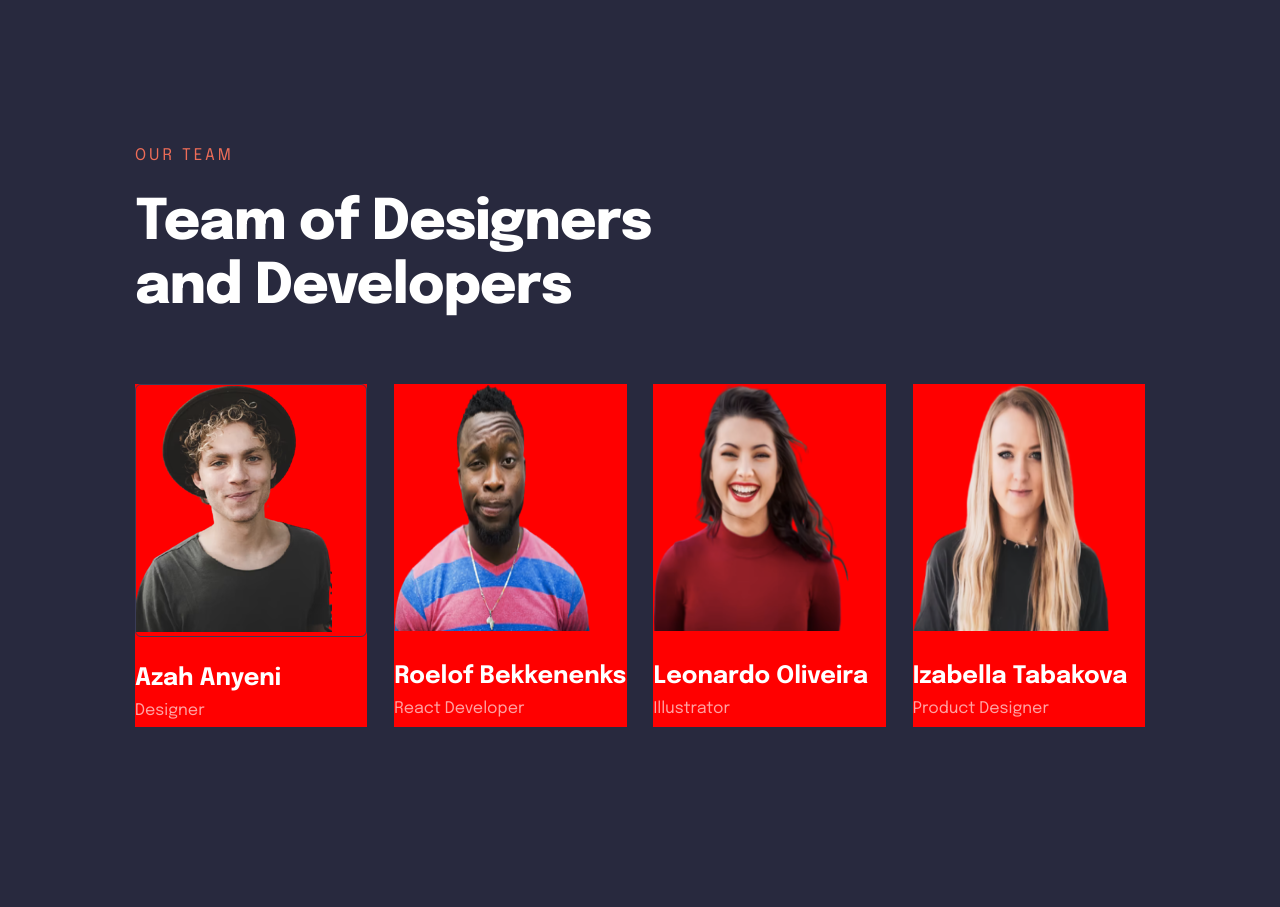
Repository: MehdiKerimov/Figma-task-10
Page: pages/teamPage/index.html
The author's editor kept a copy of each file at every save. The page is drawn from the files as they stood at one save, then again after a run of saves.
The browser window is 1280 px wide. The pictures show the whole page.

Above is the page before, as saved 2023-09-09 15:23:27.

After the next 8 saves:
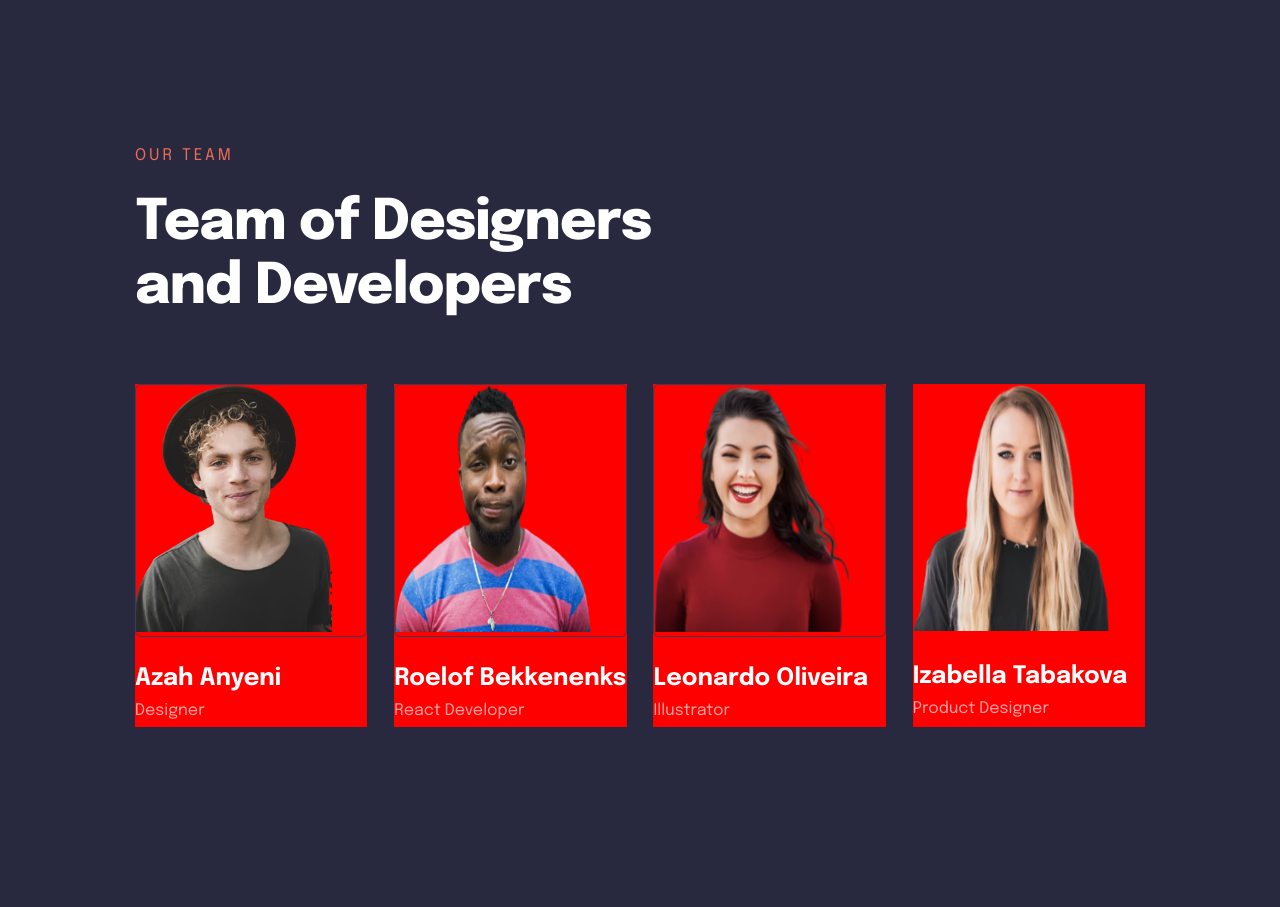
The 8 saves are shown as one change because they came seconds apart.
The last was saved 36 s later.
--- a/pages/teamPage/index.html
+++ b/pages/teamPage/index.html
@@ -22,13 +22,19 @@
         </li>
 
         <li>
-          <img src="/images/Bitmap (3).png" alt="" />
+          <div>
+            <img src="/images/Bitmap (3).png" alt="" />
+
+          </div>
           <p>Roelof Bekkenenks</p>
           <a href="#">React Developer</a>
         </li>
 
         <li>
-          <img src="/images/Bitmap (4).png" alt="" />
+          <div>
+            <img src="/images/Bitmap (4).png" alt="" />
+
+          </div>
           <p>Leonardo Oliveira</p>
           <a href="#">Illustrator</a>
         </li>
